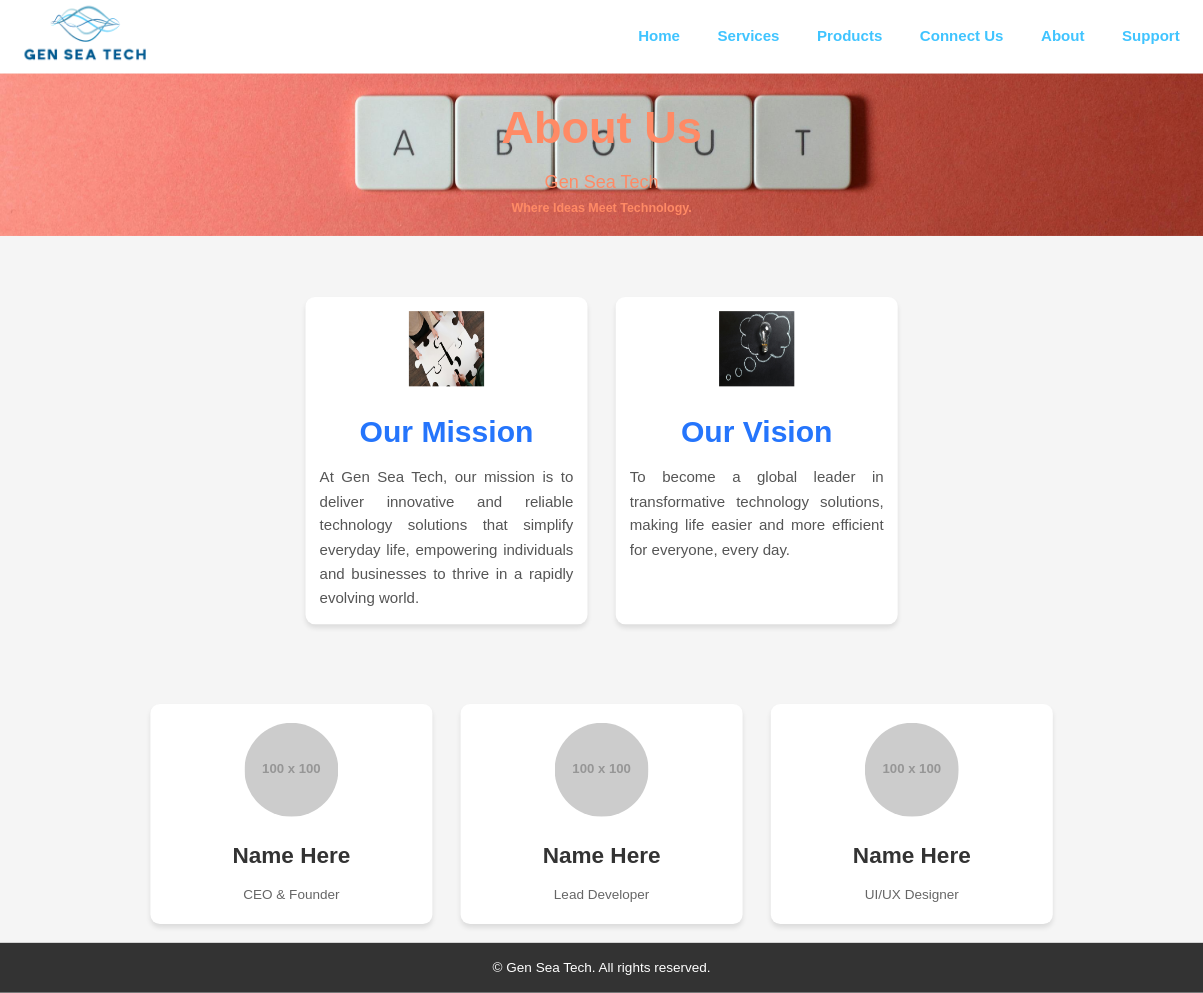
Repository: aniketkhatawkar/Gen_Sea_Tech
Page: http://localhost/GenSeaTech/about.jsp
These files come from the project's save history. The page is drawn as it stood at one moment and after the next save; the edit follows.
The browser window is 1280 px wide. The pictures show the whole page, at 94% of full size.
The page is served by Tomcat 10. Other server files are loaded and not shown.

Above is the page before, as saved 2024-12-14 12:03:54.

### GenSeaTech/src/main/webapp/about.jsp
<!DOCTYPE html>
<html lang="en">
<head>
<meta charset="UTF-8">
<meta name="viewport" content="width=device-width, initial-scale=1.0">
<title>About</title>
<link rel="icon" href="assets/logo.png" type="image/png" >
<style>
    * {
        margin: 0;
        padding: 0;
        box-sizing: border-box;
        font-family: 'Arial', sans-serif;
    }

    body {
        background-color: #f5f5f5;
        color: #333;
        overflow-x: hidden;
    }

    header {
	    background:  url("assets/about.jpg") no-repeat center center;
	    background-size: cover;
	    object-fit: cover;
		color: #ff8a65;
	    padding: 20px 10px;
	    text-align: center;
	}

    header h1 {
        font-size: 3rem;
        margin-bottom: 5px;
    }

    header p {
        font-size: 1.2rem;
    }

    .mission-vision-section {
        display: flex;
        flex-wrap: wrap;
        justify-content: center;
        gap: 30px;
        margin: 15px;
        padding: 50px;
    }

    .mission-vision-card {
        background: white;
        border-radius: 10px;
        box-shadow: 0 4px 6px rgba(0, 0, 0, 0.1);
        padding: 15px;
        text-align: center;
        width: 300px;
        transition: transform 0.3s ease, box-shadow 0.3s ease;
    }

    .mission-vision-card img {
        width: 80px;
        height: 80px;
        margin-bottom: 15px;
    }

    .mission-vision-card h2 {
        font-size: 2rem;
        color: #2575fc;
        margin-bottom: 10px;
    }

    .mission-vision-card p {
        font-size: 1rem;
        line-height: 1.6;
        color: #555;
        text-align: justify;
    }

    .about-section {
        display: flex;
        flex-wrap: wrap;
        justify-content: center;
        padding: 20px 10px;
        gap: 30px;
    }

    .about-card {
        background: white;
        border-radius: 10px;
        box-shadow: 0 4px 6px rgba(0, 0, 0, 0.1);
        padding: 20px;
        text-align: center;
        width: 300px;
        transition: transform 0.3s ease, box-shadow 0.3s ease;
    }

    .about-card:hover {
        transform: translateY(-10px);
        box-shadow: 0 8px 12px rgba(0, 0, 0, 0.2);
    }

    .about-card img {
        width: 100px;
        height: 100px;
        border-radius: 50%;
        margin-bottom: 15px;
    }

    .about-card h3 {
        margin-bottom: 10px;
        font-size: 1.5rem;
    }

    .about-card p {
        font-size: 0.9rem;
        color: #666;
    }

    @media (max-width: 768px) {
        header h1 {
            font-size: 2.5rem;
        }

        .mission-vision-card {
            width: 100%;
            max-width: 400px;
        }

        .about-card {
            width: 100%;
            max-width: 300px;
        }
    }
</style>
</head>
<body>
	<!-- NavBar -->
	<%@ include file="navbar.jsp" %>

    <header>
        <h1>About Us</h1>
        <p>Gen Sea Tech</p>
        <h5>Where Ideas Meet Technology.</h5>
    </header>

    <section class="mission-vision-section">
        <div class="mission-vision-card">
            <img src="assets/mission.jpg" alt="Mission Icon">
            <h2>Our Mission</h2>
            <p>At Gen Sea Tech, our mission is to deliver innovative and reliable technology solutions that simplify everyday life, empowering individuals and businesses to thrive in a rapidly evolving world.</p>
        </div>

        <div class="mission-vision-card">
            <img src="assets/vision.jpg" alt="Vision Icon">
            <h2>Our Vision</h2>
            <p>To become a global leader in transformative technology solutions, making life easier and more efficient for everyone, every day.</p>
        </div>
    </section>

    <section class="about-section" id="team">
        <div class="about-card">
            <img src="https://via.placeholder.com/100" alt="Team Member">
            <h3>Name Here</h3>
            <p>CEO & Founder</p>
        </div>

        <div class="about-card">
            <img src="https://via.placeholder.com/100" alt="Team Member">
            <h3>Name Here</h3>
            <p>Lead Developer</p>
        </div>

        <div class="about-card">
            <img src="https://via.placeholder.com/100" alt="Team Member">
            <h3>Name Here</h3>
            <p>UI/UX Designer</p>
        </div>
    </section>

	<!-- Footer -->
    <%@ include file="footer.jsp" %>
</body>
</html>

### GenSeaTech/src/main/webapp/navbar.jsp
<%@ page language="java" contentType="text/html; charset=UTF-8"
    pageEncoding="UTF-8"%>
<!DOCTYPE html>
<html>
<head>
<meta charset="UTF-8">
<title>Gen Sea Tech</title>
<link rel="icon" href="assets/logo.png" type="image/png" >
<style>
* {
	margin: 0;
	padding: 0;
	box-sizing: border-box;
	font-family: Arial, sans-serif;
}

body {
	line-height: 1.6;
}
.navbar {
	background-color: #ffffff;
	color: #fff;
	padding: 5px 5px;
	display: flex;
	justify-content: space-between;
	align-items: center;
	position: relative;
}

.navbar a {
	color: #40c4ff;
	text-decoration: none;
	margin: 0 20px;
	font-weight: bold;
}

.navbar a:hover {
	color: #757575;
}

.links {
	display: flex;
}
@media (max-width: 768px) {
	.links {
		display: none;
		flex-direction: column;
		background-color: #333;
		position: absolute;
		top: 50px;
		right: 10px;
		width: 200px;
		border-radius: 5px;
		box-shadow: 0px 4px 6px rgba(0, 0, 0, 0.1);
	}

	.links a {
		margin: 10px 0;
		text-align: center;
	}

	.hamburger {
		display: flex;
	}

	.links.active {
		display: flex;
	}
}
</style>
</head>
<body>
	<div class="navbar">
		<div class="logo">
        <a href="home.jsp"><img src="assets/namelogo.png" alt="Gen Sea Tech Logo" style="height: 60px; margin-right: 10px;"></a>
    	</div>
		<div class="links">
			<a href="home.jsp">Home</a>
			<a href="services.jsp">Services</a>
			<a href="products.jsp">Products</a>
			<a href="connectus.jsp">Connect Us</a>
			<a href="about.jsp">About</a>
			<a href="#support.jsp">Support</a>
		</div>
	</div>
</body>
</html>

### GenSeaTech/src/main/webapp/footer.jsp
<%@ page language="java" contentType="text/html; charset=UTF-8"
    pageEncoding="UTF-8"%>
<!DOCTYPE html>
<html>

<head>

<style>
	footer {
        background-color: #333;
        color: white;
        text-align: center;
        padding: 15px;
        margin-top: 0px;
    }

    footer p {
        font-size: 0.9rem;
    }
</style>

	<meta charset="UTF-8">
	<title>Footer</title>
</head>

<body>
	<footer>
        <p>&copy; Gen Sea Tech. All rights reserved.</p>
    </footer>
</body>

</html>

After the next save:
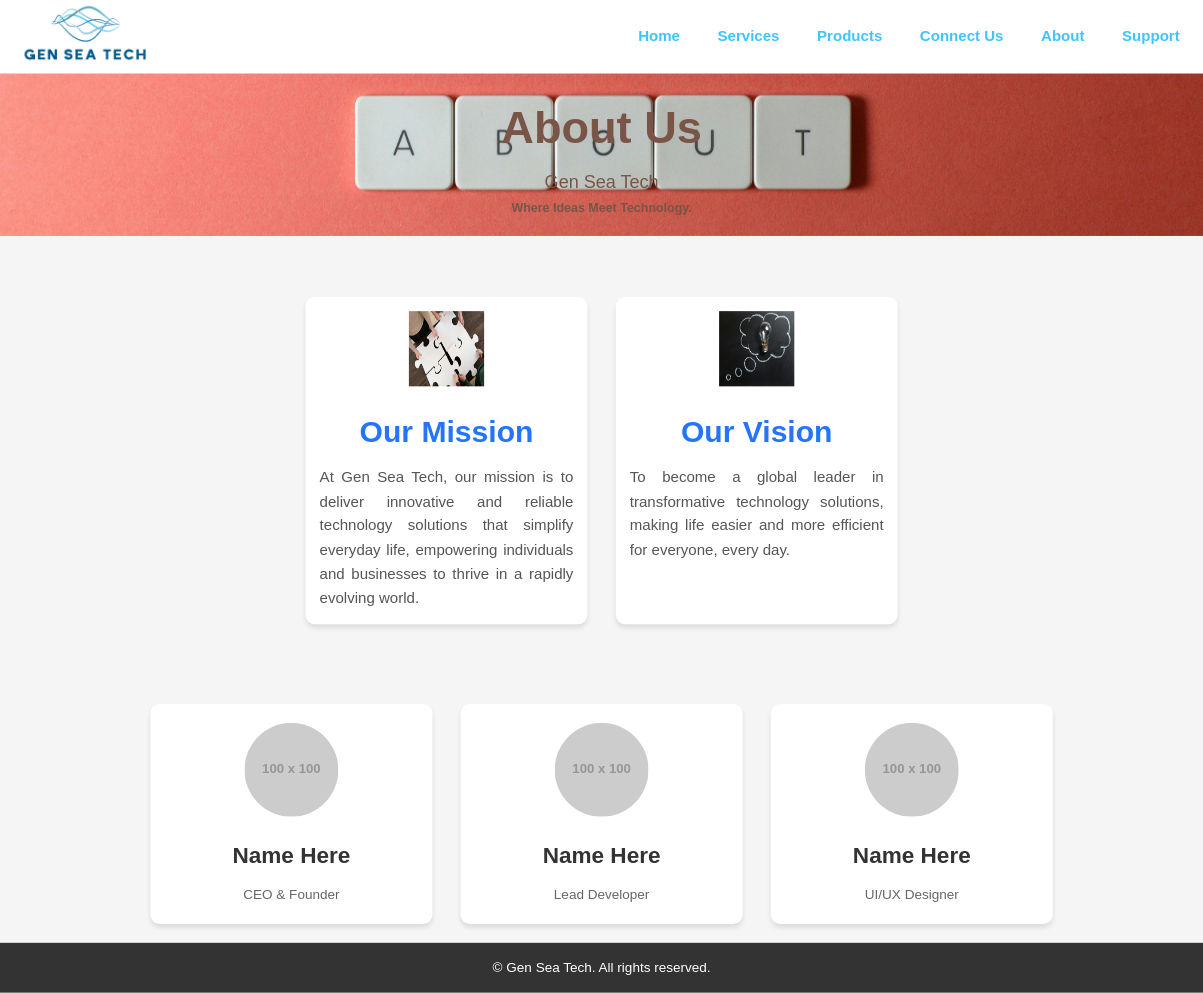
Saved 14 s later.
--- a/GenSeaTech/src/main/webapp/about.jsp
+++ b/GenSeaTech/src/main/webapp/about.jsp
@@ -23,7 +23,7 @@
 	    background:  url("assets/about.jpg") no-repeat center center;
 	    background-size: cover;
 	    object-fit: cover;
-		color: #ff8a65;
+		color: #795548;
 	    padding: 20px 10px;
 	    text-align: center;
 	}
